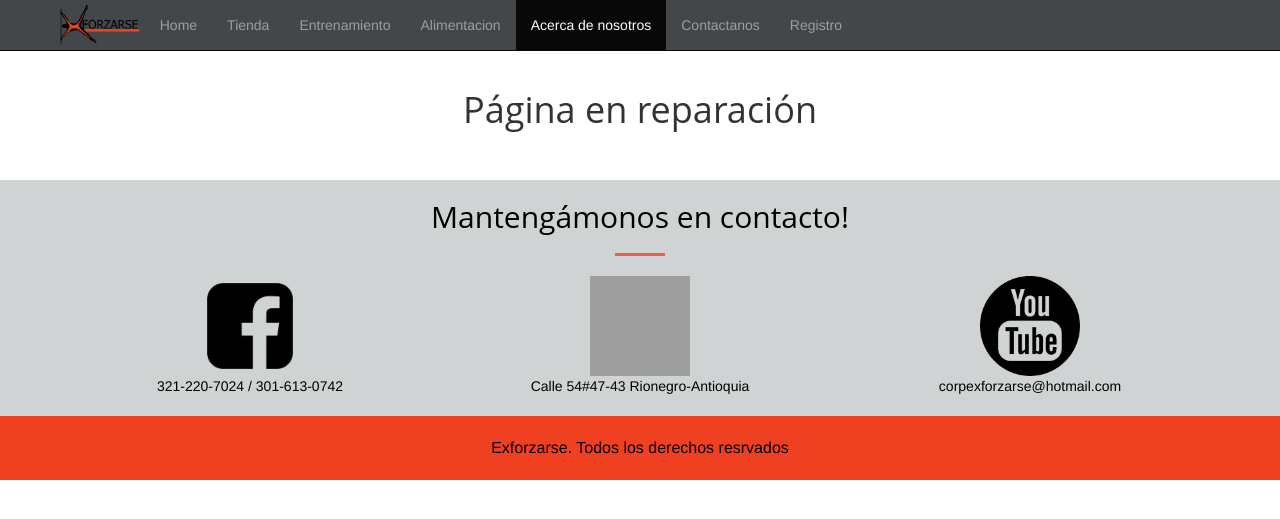
Repository: mahc36/exforzarse
Page: Exforzarse/WebContent/paginas/acercaDeNosotros.html
The author's editor kept a copy of each file at every save. The page is drawn from the files as they stood at one save, then again after the next save.
The browser window is 1280 px wide. The pictures show the whole page.
Pictures or frames that could not be fetched are drawn as grey boxes.

Above is the page before, as saved 2017-08-19 16:23:51.

### Exforzarse/WebContent/paginas/acercaDeNosotros.html
<!DOCTYPE html>
<html lang="en">

<head>
    <meta charset="utf-8">
    <meta http-equiv="X-UA-Compatible" content="IE=edge">
    <meta name="viewport" content="width=device-width, initial-scale=1">
    <!-- The above 3 meta tags *must* come first in the head; any other head content must come *after* these tags -->
    <title>Exforzarse</title>

    <!-- Bootstrap -->
    <link href="../css/bootstrap.min.css" rel="stylesheet">
    <link href="../css/estilos.css" rel="stylesheet">
    <link rel="stylesheet" href="../css/creative.min.css">
    <link rel="icon" type="image/png" sizes="16x16" href="../img/favicon.ico">
</head>

<body>
    <nav class="navbar navbar-inverse navbar-fixed-top">
        <div class="container">
            <div class="navbar-header">
                <div class="navbar-brand">
                    <img src="../img/logoclubexforzarse.png" alt="logo club">
                </div>
                <button type="button" class="navbar-toggle collapsed" data-toggle="collapse" data-target="#navbar" aria-expanded="false" aria-controls="navbar">
                    <span class="sr-only">Toggle navigation</span>
                    <span class="icon-bar"></span>
                    <span class="icon-bar"></span>
                    <span class="icon-bar"></span>
                </button>
            </div>
            <div id="navbar" class="collapse navbar-collapse">
                <ul class="nav navbar-nav">
                    <li><a href="../index.html">Home</a></li>
                    <li><a href="tienda.html">Tienda</a></li>
                    <li><a href="entrenamiento.html">Entrenamiento</a></li>
                    <li><a href="dietas.html">Alimentacion</a></li>
                    <li class="active"><a href="#">Acerca de nosotros</a></li>
                    <li><a href="contacto.html">Contactanos</a></li>
                    <li><a href="registro.html">Registro</a></li>
                </ul>
            </div>
            <!--/.nav-collapse -->
        </div>
    </nav>

    <div>
	    <H1 class="text-center">Página en reparación</H1>
    </div>


    <br><br>
    <footer style="background-color: #D0D3D4;">
    <br>
        <div class="container">
            <div class="row">
            <div class="col-lg-8 col-lg-offset-2 text-center">
                <h2 class="section-heading"><font color="black">Mantengámonos en contacto!</font></h2>
                <hr class="primary">
            </div>
            <div class="col-lg-4 text-center">
                <a href="https://www.facebook.com/EXFORZARSE/" target="_blank"><img src="../img/darkFacebook.png" width="100" height="100"></a>
            </div>
            <div class="col-lg-4 text-center">
                <a href="https://www.instagram.com/exforzarse/" target="_blank"><img src="../img/darkInstagram3.png" width="100" height="100"></a>
            </div>
            <div class="col-lg-4 text-center">
                <a href="https://www.youtube.com/watch?v=VkQL8aGcTsE" target="_blank"><img src="../img/darkyoutube4.png" width="100" height="100"></a>
            </div>
            <div class="col-lg-4 text-center">
                <i class="fa fa-phone fa-3x sr-contact"></i>
                <span><font color="black">321-220-7024 / 301-613-0742</font></span>
            </div>
            <div class="col-lg-4 text-center">
                <i class="fa fa-road fa-3x sr-contact"></i>
                <span><font color="black">Calle 54#47-43 Rionegro-Antioquia</font></span>
            </div>
            <div class="col-lg-4 text-center">
                <i class="fa fa-envelope-o fa-3x sr-contact"></i>
                <span><font color="black">corpexforzarse@hotmail.com</font></span>
            </div>
        </div>
        <br>
        </div>
        <div style="background-color: #ef4021;">
	        <div class="container">
	        	<br>
	            <p class="text-muted" ALIGN=center><font color="black">Exforzarse. Todos los derechos resrvados</font></p>
	        </div>
    	</div>
    </footer>

    <!-- jQuery (necessary for Bootstrap's JavaScript plugins) -->
    <script src="https://ajax.googleapis.com/ajax/libs/jquery/1.12.4/jquery.min.js"></script>
    <!-- Include all compiled plugins (below), or include individual files as needed -->
    <script src="https://maxcdn.bootstrapcdn.com/bootstrap/3.3.7/js/bootstrap.min.js" integrity="sha384-Tc5IQib027qvyjSMfHjOMaLkfuWVxZxUPnCJA7l2mCWNIpG9mGCD8wGNIcPD7Txa" crossorigin="anonymous"></script>
</body>

</html>

### Exforzarse/WebContent/css/estilos.css
body {
    padding-top: 70px;
    position: relative;
    overflow-x: hidden;
}

.navbar-brand {
    padding: 0px;
}

.navbar-brand>img {
    height: 100%;
    padding: 5px;
    width: auto;
}

.navbar-inverse {
    background-color: #444749;
    border-color: #080808;
}

.containerpie {
    background-color: #EF4021;
}

.carousel {
    height: 500px;
    max-height: 500px;
    overflow: hidden;
}

.item img {
    width: 100%;
    height: auto;
}

.video {
    position: relative;
    height: 0;
    padding-bottom: 56.25%;
    margin-bottom: 80px;
}

video {
    position: absolute;
    min-width: 100%;
    min-height: 100%;
    top: 50%;
    left: 50%;
    transform: translateX(-50%) translateY(-50%);
    z-index: -1;
}

iframe {
    position: absolute;
    width: 100%;
    height: 100%;
    left: 0;
}

.rutinasmenu {
    margin: 0 0 0 2%;
    float: left;
    width: 20%;
}

.rutinasmenu>p {
    font-weight: bold;
    font-size: 25px;
}

.list-group-item:hover {
    font-size: 120%;
    background-image: -webkit-linear-gradient(top, #DF7401 0%, #FE9A2E 100%);
}

.navbar-inverse .navbar-nav>.active>a:hover {
    background-color: chocolate;
    color: black;
}

.navbar-inverse .navbar-nav>li>a:hover {
    background-color: chocolate;
    color: black;
}

.nav-tabs>li>a {
    font-weight: bold;
}

.nav-tabs>li>a:hover {
    background-color: chocolate;
    color: black;
    font-size: 120%;
}

a {
    color: black;
}

.footer {
    position: absolute;
    bottom: 0;
    width: 100%;
    height: 60px;
    background-color: #f5f5f5;
}

section#contact {
    background-color: white;
    background-image: url(../img/DSC_0414.JPG);
    background-size: cover;
    background-position: center;
    background-repeat: no-repeat;
}

section {
    padding: 73px 0px;
}

section#contact .section-heading {
    color: black;
}

section#contact .form-group {
    margin-bottom: 25px;
}

section#contact .form-group input,
section#contact .form-group textarea {
    padding: 20px;
}

section#contact .form-group input.form-control {
    height: auto;
}

section#contact .form-group textarea.form-control {
    height: 236px;
}

section#contact .form-control:focus {
    border-color: #fed136;
    box-shadow: none;
}

section#contact ::-webkit-input-placeholder {
    font-family: "Montserrat", "Helvetica Neue", Helvetica, Arial, sans-serif;
    text-transform: uppercase;
    font-weight: 700;
    color: darkgray;
}

.gellary_bg_none img {
    width: 100%;
    height: 250px;
}

section#contact :-moz-placeholder {
    /* Firefox 18- */
    font-family: "Montserrat", "Helvetica Neue", Helvetica, Arial, sans-serif;
    text-transform: uppercase;
    font-weight: 700;
    color: darkgray;
}

section#contact ::-moz-placeholder {
    /* Firefox 19+ */
    font-family: "Montserrat", "Helvetica Neue", Helvetica, Arial, sans-serif;
    text-transform: uppercase;
    font-weight: 700;
    color: #eeeeee;
}

section#contact :-ms-input-placeholder {
    font-family: "Montserrat", "Helvetica Neue", Helvetica, Arial, sans-serif;
    text-transform: uppercase;
    font-weight: 700;
    color: darkgray;
}

section#contact .text-danger {
    color: #e74c3c;
}

.about_our_company {
    text-align: center;
    margin-bottom: 20px;
    font-weight: bold;
}

.about_our_company h1 {
    text-align: center;
    margin-bottom: 50px;
    font-weight: bold;
    font-size: 50px;
    color: chocolate;
    text-shadow: 1px 1px 3px #323232;
}

.titleline-icon {
    position: relative;
    max-width: 100px;
    border-top: 4px double #F99700;
    margin: 20px auto 20px;
}

.titleline-icon:after {
    position: absolute;
    top: -11px;
    left: 0;
    right: 0;
    margin: auto;
    font-family: 'FontAwesome';
    content: "\f141";
    font-size: 20px;
    line-height: 1;
    color: #F99700;
    text-align: center;
    vertical-align: middle;
    width: 40px;
    height: 20px;
    background: #ffffff;
}

.btn {}

.get {
    background-color: chocolate;
}

Loaded but not shown: Exforzarse/WebContent/css/bootstrap.min.css (library); Exforzarse/WebContent/css/creative.min.css (library)

After the next save:
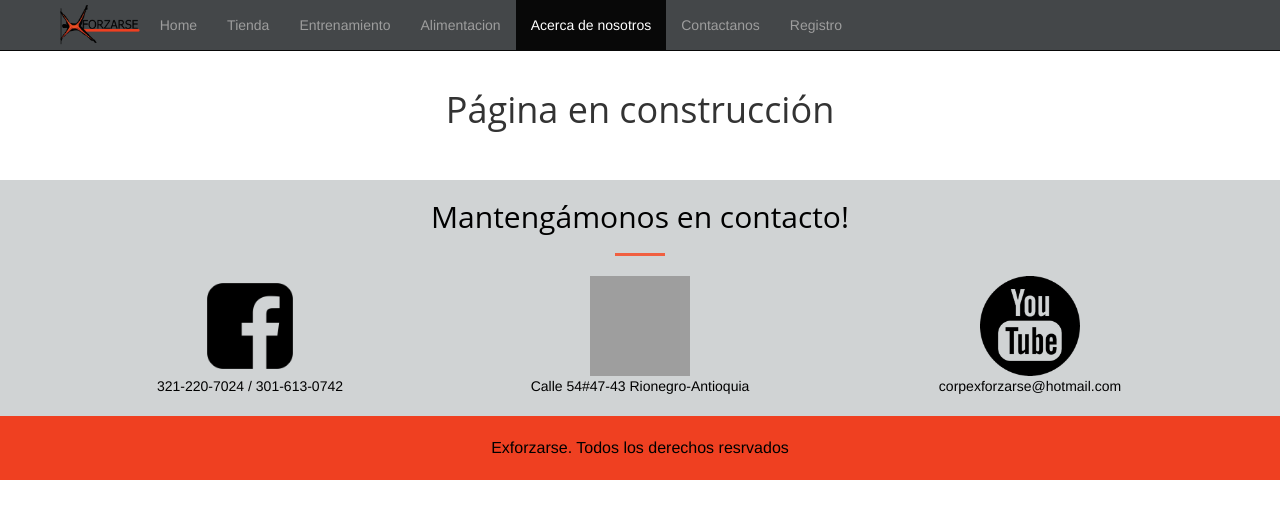
Saved 25 s later.
--- a/Exforzarse/WebContent/paginas/acercaDeNosotros.html
+++ b/Exforzarse/WebContent/paginas/acercaDeNosotros.html
@@ -45,7 +45,7 @@
     </nav>
 
     <div>
-	    <H1 class="text-center">Página en reparación</H1>
+	    <H1 class="text-center">Página en construcción</H1>
     </div>
 
 
